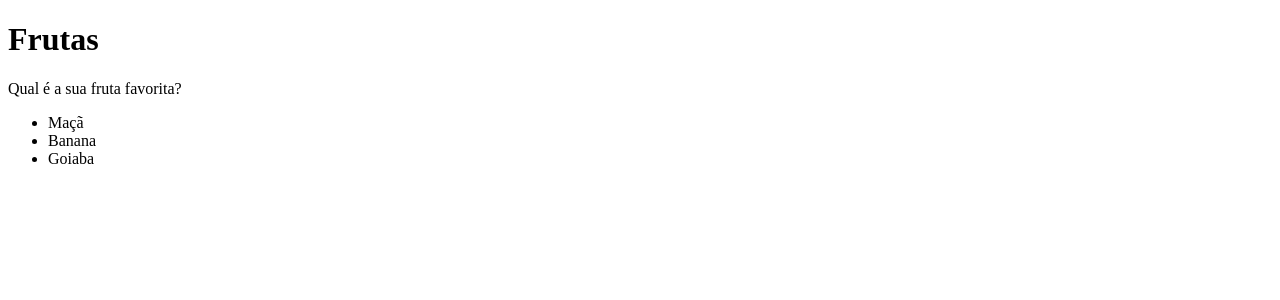
Repository: rafaelsales-97/dia2
Page: index.html
An editor plug-in stored every save of this project. The page is shown before and after the next save, followed by the edit.
The browser window is 1280 px wide. The pictures show the whole page.

Above is the page before, as saved 2023-04-19 20:52:36.

After the next save:
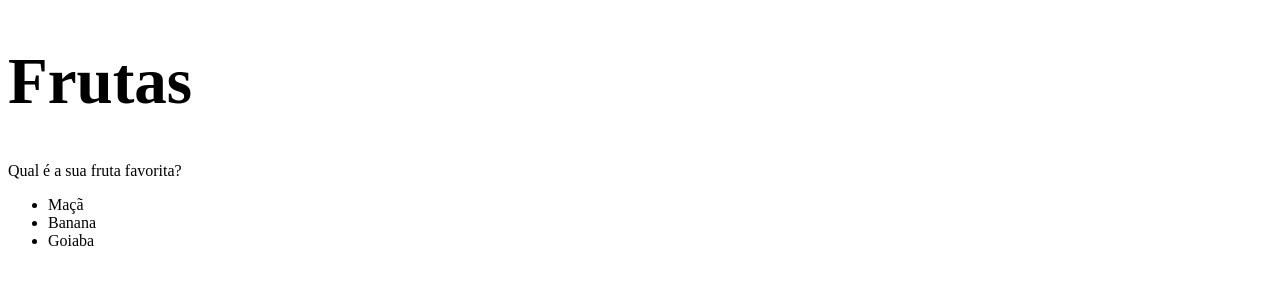
Saved 2 min 29 s later.
--- a/index.html
+++ b/index.html
@@ -3,14 +3,18 @@
   <head>
     <meta charset="UTF-8">
     <title>HTML</title>
-    <style></style>
+    <style>
+        h1{
+            font-size: 65px;
+        }
+    </style>
   </head>
   <body>
     <h1>Frutas</h1>
     <p>Qual é a sua fruta favorita?</p>
     <ul>
       <li>Maçã</li>
-      <li width="10px">Banana</li>
+      <li>Banana</li>
       <li>Goiaba</li>
     </ul>
   </body>
